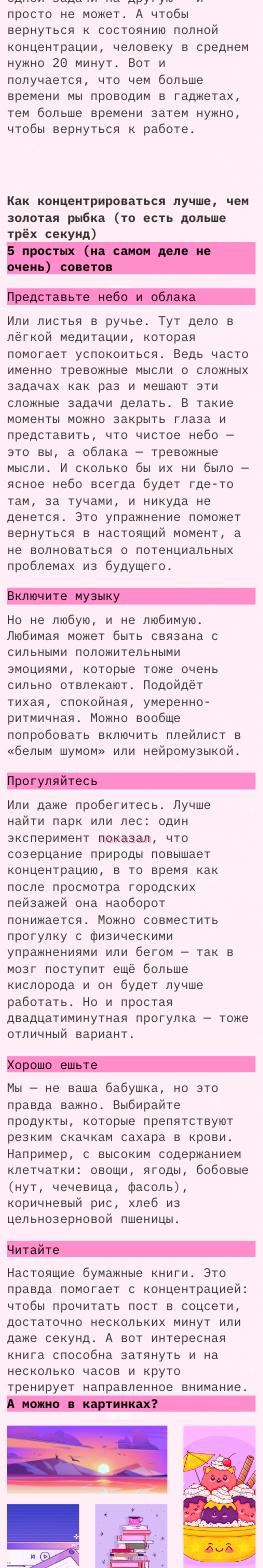
Repository: Hadoooouken/slozhno-sosredotochitsya
Page: index.html
These files come from the project's save history. The page is drawn as it stood at one moment and after the next save; the edit follows.
The browser window is 375 px wide. The pictures show the part of the page from y = 2764 to 5004 px (the page is 6053 px tall before and 6023 px after), at 70% of full size.
Backgrounds fixed to the window are drawn as part of the page.

Above is the page before, as saved 2024-01-24 21:54:39.

### index.html
<!DOCTYPE html>
<html lang="ru">
  <head>
    <meta charset="UTF-8" />
    <meta http-equiv="X-UA-Compatible" content="IE=edge" />
    <meta name="viewport" content="width=device-width, initial-scale=1.0" />
    <meta name="color-scheme" content="dark light" />
    <link rel="icon" href="images/favicon.svg" sizes="any" />
    <link rel="stylesheet" href="fonts/fonts.css" />
    <link rel="stylesheet" href="styles/globals.css" />
    <link rel="stylesheet" href="./styles/variables.css" />
    <link rel="stylesheet" href="scripts/script.js" />
    <link rel="stylesheet" href="./styles/style.css" />
    <link rel="stylesheet" href="./styles/dark.css" />
    <link rel="stylesheet" href="./styles/light.css" />
    <title>Сложно сосредоточиться</title>
  </head>
  <body class="page">
    <header class="header decorated-zone">
      <div class="decoration-element" aria-hidden="true"></div>
      <nav class="header__theme-menu">
        <ul class="header__theme-menu-list">
          <li class="header__theme-menu-item">
            <button
              class="header__theme-menu-button header__theme-menu-button_type_light"
            >
              День
            </button>
          </li>
          <li class="header__theme-menu-item">
            <button
              class="header__theme-menu-button header__theme-menu-button_active header__theme-menu-button_type_auto"
              disabled
            >
              Авто
            </button>
          </li>
          <li class="header__theme-menu-item">
            <button
              class="header__theme-menu-button header__theme-menu-button_type_dark"
            >
              Неон
            </button>
          </li>
        </ul>
      </nav>
      <h1 class="header__title">no focus</h1>
      <div class="header__text title_decor">
        <p>
          Что делать, когда не можешь делать ничего Или&nbsp;почему нам так
          сложно сконцентрироваться, особенно когда очень надо
        </p>
      </div>
    </header>
    <main class="main">
      <section class="section">
        <article class="focus__block">
          <h2 class="section__title">Почему сосредоточиться так сложно</h2>

          <div>
            <h2 class="section__sub-title title_decor">Многозадачность</h2>
            <p class="section__text">
              Особенно сложно сосредоточиться, когда задач много и все они —
              важные. Где же легендарная многозадачность, когда она так нужна
              вам (и всем нанимающим менеджерам этого мира)? А дело в том, что
              её просто не существует. Исследователи
              <a
                class="text__link"
                href="https://dana.org/article/multicosts-of-multitasking/"
                target="_blank"
                >выяснили</a
              >, что мозгу тяжело концентрироваться даже на двух делах
              одновременно. А когда в поле внимания попадает несколько важных
              задач, организм паникует и выделяет кортизол и адреналин —
              «гормоны стресса». Из-за этого мы работаем невнимательно:
              ошибаемся и быстро устаём.
            </p>
            <h2 class="section__sub-title title_decor">Дофамин</h2>
            <p class="section__text">
              С гормонами стресса всё понятно, но дальше — ещё интереснее. В
              нашей невозможности сосредоточиться замешана и полная
              противоположность стрессу — дофамин. Это вещество участвует в
              системе вознаграждения мозга. Причём тут он? Мы часто отвлекаемся
              от важной задачи на что-то более «приятное» для мозгов. Например,
              смотрим лайки в соцсетях. В это время и выделяется дофамин — и мы
              чувствуем удовольствие. Получается замкнутый круг: чем больше
              отвлекаешься, тем больше удовольствия получаешь.
            </p>
          </div>
        </article>
      </section>
      <section class="section">
        <article class="concentration__block">
          <div class="concentration">
            <h2 class="section__title">Что снижает концентрацию внимания?</h2>
          </div>

          <div class="multitasking">
            <h2 class="section__sub-title title_decor">Многозадачность</h2>
            <p class="section__text">
              Как концентрация может снижаться из-за… концентрации? Любая
              стрессовая ситуация (и резко меняющийся мир в целом) заставляет
              наш мозг постоянно «сканировать» окружающую среду на предмет
              опасности. Например, читать новости вместо работы. Но быть
              собранными всё время — невозможно. Концентрация — мышца, и она
              может не выдержать, если не давать ей отдохнуть.
            </p>
          </div>
          <div class="eat">
            <h2 class="section__sub-title title_decor">Еда</h2>
            <p class="section__text">
              «Быстрые углеводы» — сахар, белый хлеб, сладости — молниеносно
              доставляют в мозг энергию и помогают ему лучше работать. Но уходит
              эта энергия также быстро, как и приходит. А мы в результате
              попадаем на «углеводные качели»: как только действие «быстрых
              углеводов» заканчивается, мы чувствуем усталость и сонливость. И
              хотим ещё больше быстрых углеводов.
            </p>
          </div>
          <div class="gadgets">
            <h2 class="section__sub-title title_decor">Гаджеты</h2>
            <p class="section__text">
              Да-да, это та самая ситуация, когда на экране ноутбука — код, в
              наушниках — подкаст, а на компьютере фоном — ещё и видео с
              забавными утятами. В результате мозг пытается переключиться с
              одной задачи на другую — и просто не может. А чтобы вернуться к
              состоянию полной концентрации, человеку в среднем нужно 20 минут.
              Вот и получается, что чем больше времени мы проводим в гаджетах,
              тем больше времени затем нужно, чтобы вернуться к работе.
            </p>
          </div>
        </article>
      </section>
      <section class="section">
        <article class="how__block">
          <h2 class="section__title">
            Как концентрироваться лучше, чем золотая рыбка (то есть дольше трёх
            секунд)
          </h2>
          <div>
            <h2 class="concentration__title title_decor">
              5 простых (на самом деле не очень) советов
            </h2>
            <h2 class="concentration__sub-title title_decor">
              Представьте небо и облака
            </h2>
            <p class="concentration__text">
              Или листья в ручье. Тут дело в лёгкой медитации, которая помогает
              успокоиться. Ведь часто именно тревожные мысли о сложных задачах
              как раз и мешают эти сложные задачи делать. В такие моменты можно
              закрыть глаза и представить, что чистое небо — это вы, а облака —
              тревожные мысли. И сколько бы их ни было — ясное небо всегда будет
              где-то там, за тучами, и никуда не денется. Это упражнение поможет
              вернуться в настоящий момент, а не волноваться о потенциальных
              проблемах из будущего.
            </p>
            <h2 class="concentration__sub-title title_decor">
              Включите музыку
            </h2>
            <p class="concentration__text">
              Но не любую, и не любимую. Любимая может быть связана с сильными
              положительными эмоциями, которые тоже очень сильно отвлекают.
              Подойдёт тихая, спокойная, умеренно-ритмичная. Можно вообще
              попробовать включить плейлист в «белым шумом» или нейромузыкой.
            </p>
            <h2 class="concentration__sub-title title_decor">Прогуляйтесь</h2>
            <p class="concentration__text">
              Или даже пробегитесь. Лучше найти парк или лес: один эксперимент
              <a
                class="text__link"
                href="https://www.sciencedirect.com/science/article/abs/pii/S0272494415000328"
                target="_blank"
                >показал</a
              >, что созерцание природы повышает концентрацию, в то время как
              после просмотра городских пейзажей она наоборот понижается. Можно
              совместить прогулку с физическими упражнениями или бегом — так в
              мозг поступит ещё больше кислорода и он будет лучше работать. Но и
              простая двадцатиминутная прогулка — тоже отличный вариант.
            </p>
            <h2 class="concentration__sub-title title_decor">Хорошо ешьте</h2>
            <p class="concentration__text">
              Мы — не ваша бабушка, но это правда важно. Выбирайте продукты,
              которые препятствуют резким скачкам сахара в крови. Например, с
              высоким содержанием клетчатки: овощи, ягоды, бобовые (нут,
              чечевица, фасоль), коричневый рис, хлеб из цельнозерновой пшеницы.
            </p>
            <h2 class="concentration__sub-title title_decor">Читайте</h2>
            <p class="concentration__text">
              Настоящие бумажные книги. Это правда помогает с концентрацией:
              чтобы прочитать пост в соцсети, достаточно нескольких минут или
              даже секунд. А вот интересная книга способна затянуть и на
              несколько часов и круто тренирует направленное внимание.
            </p>
          </div>
        </article>
      </section>
      <section class="gallery__section section">
        <h2 class="gallery__title section__sub-title title_decor">
          А можно в картинках?
        </h2>
        <ul class="gallery__list">
          <li class="galery__list-item sunset">
            <img
              class="galery__img"
              loading="lazy"
              src="./images/sunset.png"
              alt="закат"
            />
          </li>
          <li class="galery__list-item ice-cream">
            <img
              class="galery__img"
              loading="lazy"
              src="./images/ice-cream.png"
              alt="мороженное"
            />
          </li>
          <li class="galery__list-item tape">
            <img
              class="galery__img"
              loading="lazy"
              src="./images/tape.png"
              alt="кассеты"
            />
          </li>
          <li class="galery__list-item books">
            <img
              class="galery__img"
              loading="lazy"
              src="./images/books.png"
              alt="книги"
            />
          </li>
          <li class="galery__list-item street">
            <img
              class="galery__img"
              loading="lazy"
              src="./images/street.png"
              alt="улица"
            />
          </li>
        </ul>
      </section>
    </main>
    <footer class="footer">
      <div class="decorated-zone"></div>
      <h2 class="footer__title">focus</h2>
    </footer>

    <script src="./scripts/script.js"></script>
  </body>
</html>

### styles/variables.css
:root {
  /*
  Переменные для вашего проекта
  и их переопределение под различные устройства
*/

  ---button-color: #ff0070;
  --decoration-element: #ff0070;
  --background-image: url(/images/cover-image-dark.png);
  --hover-color: rgb(255 0 112 / 0.4);
  --main-font: "IBM Plex mono" sans-serif;
  --focus-color: #ff0070;
  --main-title: #DB00FF;
  --sub-title-color: #000028;
  --backgroundg-sub-title: #FF0070;
  --title-color: #ff0070;
  --text-color: #f1b2ce;
  --bg-color: #000028;
  --link-color: #ff0070;
  --link-status:#F1B2CE;
  --shadow-color:#ff0070;


}

### scripts/script.js
const themeButtons = document.querySelectorAll('.header__theme-menu-button');

themeButtons.forEach((button) => {
  button.addEventListener('click', () => {
    themeButtons.forEach((btn) => {
      btn.classList.remove('header__theme-menu-button_active');
      btn.removeAttribute('disabled');
    });
    if (
      [...button.classList].includes('header__theme-menu-button_type_light')
    ) {
      changeTheme('light');
    } else if (
      [...button.classList].includes('header__theme-menu-button_type_dark')
    ) {
      changeTheme('dark');
    } else {
      changeTheme('auto');
    }
    button.classList.add('header__theme-menu-button_active');
    button.setAttribute('disabled', true);
  });
});

function changeTheme(theme) {
  document.body.className = 'page';
  document.body.classList.add(`theme_${theme}`);
  localStorage.setItem('theme', theme);
}

function initTheme() {
  const theme = localStorage.getItem('theme');
  if (theme) {
    changeTheme(theme);
    themeButtons.forEach((btn) => {
      btn.classList.remove('header__theme-menu-button_active');
      btn.removeAttribute('disabled');
    });
    document
      .querySelector(`.header__theme-menu-button_type_${theme}`)
      .classList.add('header__theme-menu-button_active');
    document
      .querySelector(`.header__theme-menu-button_type_${theme}`)
      .setAttribute('disabled', true);
  }
}

initTheme();

### styles/style.css
/* Основные стили проекта. Это стили для темы, которую вы верстаете первой. */

.page {
  /* сохраните в разметке и стилях класс page. На его основе работает скрипт. */

  background-color: var(--bg-color);
  background-image: var(--background-image);
  background-attachment: fixed;
  background-position: center;
  background-size: cover;
  font-family: "IBM Plex mono";
  font-size: 18px;
}
.section {
  padding: 0px 20px;
}

.header {
  position: relative;
  block-size: 100vh;
  min-block-size: 375px;
  padding: 20px;
  display: grid;
  grid-template-rows: 1fr min-content 1fr;
  justify-items: start;
}

.decorated-zone::before {
  content: "";
  position: absolute;
  border-block-start: 1px solid var(--decoration-element);
  border-inline-end: 1px solid var(--decoration-element);
  right: 20px;
  top: 20px;
  width: 25px;
  height: 25px;
}

.decorated-zone::after {
  content: "";
  position: absolute;
  border-block-end: 1px solid var(--decoration-element);
  border-inline-start: 1px solid var(--decoration-element);
  left: 20px;
  bottom: 20px;
  width: 25px;
  height: 25px;
}
.decoration-element {
  position: absolute;
  right: 48px;
  top: 21px;
}

.decoration-element::before {
  content: "REC";
  color: var(--decoration-element);
  font-family: inherit;
  display: inline-block;
}

.decoration-element::after {
  content: "";
  background-color: var(--decoration-element);
  width: 9px;
  height: 9px;
  border-radius: 50%;
  display: inline-block;
  box-shadow: 0px 0px 4px 2px var(--decoration-element);
  top: 6px;
  left: 42px;
  position: absolute;
}

.header__title {
  font-family: var(--main-font);
  font-size: clamp(7.5rem, 0.5625rem + 14.4531vw, 9.8125rem);
  color: var(--main-title);
  line-height: 82.5%;
  text-shadow: 4px 4px 0 var(--shadow-color);
  margin-inline-start: -20px;
}

.header__theme-menu {
  justify-self: center;
}

.header__text {
  font-size: 18px;
  justify-self: end;
  max-width: 491px;
  align-self: center;
  font-weight: 700;
  color: var(--sub-title-color);
  line-height: 23.4px;
}

.title_decor {
  background-color: var(--backgroundg-sub-title);
}

.header__theme-menu-list {
  display: flex;
  justify-content: center;
  gap: 10px;
}

.header__theme-menu-button {
  background-color: transparent;
  color: var(--button-color);
  border: none;
  text-transform: lowercase;
  line-height: 18px;
  padding: 2px 13px;
  cursor: pointer;
}

.header__theme-menu-button:focus {
  outline: none;
}

.header__theme-menu-button:focus-visible {
  text-decoration: underline;
  outline: none;
  color: var(--focus-color);
}

.header__theme-menu-button:hover {
  outline: 1px solid var(--hover-color);
}

.header__theme-menu-button_active {
  pointer-events: none;
  outline: 1px solid var(--button-color);
}

.main {
  padding-top: 60px;
}

.focus__block {
  display: grid;
  grid-template-columns: 1fr 2fr;
  gap: 10px;
}

.section__title {
  font-weight: 700;
  color: var(--title-color);
  font-size: inherit;
  line-height: 23.4px;
}

.section__sub-title {
  font-size: inherit;
  line-height: 23.4px;
  margin-block-end: 10px;
  font-weight: 700;
}

.section__text {
  font-size: inherit;
  line-height: 23.4px;
  color: var(--text-color);
  font-weight: 400;
  margin-block-end: 20px;
}
.section__text:last-child {
  margin-block-end: 0px;
}

.text__link {
  text-decoration: none;
  cursor: pointer;
  text-shadow: 2px 2px 0 var(--link-color);
}

.text__link:hover {
  border-bottom: 1px solid var(--link-status);
}

.text__link:focus {
  outline: none;
}

.text__link:focus-visible {
  outline: 1px solid var(--link-status);
  outline-offset: 0px;
}

.concentration__block {
  padding-top: 80px;
  display: grid;
  grid-template-columns: repeat(3, 1fr);
  grid-template-rows: repeat(2, min-content);
  grid-column-gap: 20px;
  grid-row-gap: 20px;
  grid-template-areas:
    "concentration . ."
    "multitasking eat gadgets";
}

.concentration {
  grid-area: concentration;
}

.multitasking {
  grid-area: multitasking;
}
.eat {
  grid-area: eat;
}

.gadgets {
  grid-area: gadgets;
}

.how__block {
  padding-top: 80px;
  display: grid;
  grid-template-columns: 1fr 2fr;
  grid-column-gap: 10px;
}

.concentration__title {
  font-size: inherit;
  line-height: 23.4px;
  margin-block-end: 20px;
  font-weight: 700;
}

.concentration__sub-title {
  font-weight: 400;
  font-size: inherit;
  line-height: 23.4px;
  margin-block-end: 10px;
}

.concentration__text {
  font-size: inherit;
  line-height: 23.4px;
  color: var(--text-color);
  font-weight: 400;
  margin-block-end: 20px;
}

.concentration__text:last-child {
  margin-block-end: 0px;
}

.gallery__section {
  padding-top: 80px;
}

.gallery__list {
  margin-block-start: 20px;
  margin-block-end: 60px;
  display: grid;
  grid-template-columns: repeat(3, 1fr);
  grid-template-rows: 260px 315px 428px;
  grid-column-gap: 20px;
  grid-row-gap: 22px;
  grid-template-areas:
    "sunset sunset ice-cream"
    "tape books ice-cream"
    "tape street street";
}

.galery__img {
  block-size: 100%;
  object-fit: cover;
  object-position: center;
  inline-size: 100%;
}

.sunset {
  grid-area: sunset;
}
.ice-cream {
  grid-area: ice-cream;
}
.tape {
  grid-area: tape;
}
.books {
  grid-area: books;
}
.street {
  grid-area: street;
}

.footer {
  display: flex;
  justify-content: center;
  align-items: center;
  block-size: 100vh;
  min-block-size: 375px;
  padding: 20px;
  position: relative;
}

.footer__title {
  font-family: var(--main-font);
  font-size: clamp(7.5rem, 0.5625rem + 14.4531vw, 9.8125rem);
  color: var(--main-title);
  line-height: 82.5%;
  text-shadow: 2px 2px 0px var(--shadow-color);
}

@media (max-width: 768px) {
  .header__theme-menu-list {
    display: flex;
    flex-direction: column;
  }
  .header__theme-menu {
    justify-self: end;
    align-self: center;
    display: block;
  }
  .header__theme-menu-button {
    padding: 4px 13px;
  }
  .header__text {
    max-width: 364px;
    justify-items: center; /*хз что тут*/
  }
  .focus__block {
    gap: 20px;
  }
  .section__title {
    max-width: 236px;
  }
  .concentration__block {
    grid-template-columns: none;

    grid-template-areas:
      "concentration"
      "multitasking"
      "eat"
      "gadgets";
  }
  .how__block {
    grid-column-gap: 20px;
  }
  .gallery__list {
    grid-template-rows: auto;
    grid-row-gap: 15px;
    grid-column-gap: 23px;
  }
}

@media (max-width: 375px) {
  .header {
    padding: 10px;
  }

  .decorated-zone::before {
    right: 11px;
    top: 11px;
  }
  .section {
    padding: 0 10px;
  }

  .decorated-zone::after {
    left: 11px;
    bottom: 11px;
  }

  .decoration-element {
    right: 38px;
    top: 12px;
  }

  .header__title {
    margin: 0;
  }
  .header__theme-menu-button {
    padding: 4px 18px;
  }

  .header__theme-menu-button:hover {
    outline-offset: -1px;
  }

  .header__theme-menu-button_active {
    outline-offset: -1px;
  }

  .header__text {
    max-width: 355px;
    justify-items: start; /*хз что тут*/
  }
  .main {
    padding-top: 40px;
  }
  .focus__block {
    display: grid;
    grid-template-rows: 1fr;
    grid-template-columns: 355px;
  }
  .section__title {
    max-width: 355px;
  }

  .concentration__block {
    padding-top: 50px
  }

  .how__block {
   display: block;
   padding-top: 80p
  }
}

### styles/dark.css
/*
  Специально для тёмной темы при наличии класса,
  здесь окажутся стили, которые нужно переопределить принудительно,
  переключая тему
*/

.page.theme_dark {
  /* сохраните этот селектор в приведённом виде.
    Так стили написанные ниже будут иметь больший вес,
    чем стили в медиазапросе предпочтений пользователя
  */
  --button-color: #ff0070;
  --decoration-element: #ff0070;
  --background-image: url(/images/cover-image-dark.png);
  --hover-color: rgb(255 0 112 / 0.4);
  --main-font: "IBM Plex mono" sans-serif;
  --focus-color: #ff0070;
  --main-title: #DB00FF;
  --sub-title-color: #000028;
  --backgroundg-sub-title: #FF0070;
  --title-color: #ff0070;
  --text-color: #f1b2ce;
  --bg-color: #000028;
  --link-color: #ff0070;
  --link-status:#F1B2CE;
  --shadow-color:#ff0070;

}

### styles/light.css
/*
  Специально для светлой темы при наличии класса.
  Здесь окажутся стили, которые нужно переопределить принудительно,
  переключая тему
*/

.page.theme_light {
  /* сохраните этот селектор в приведённом виде.
    Так стили написанные ниже будут иметь больший вес,
    чем стили в медиазапросе предпочтений пользователя
  */
  --button-color: #353430;
  --decoration-element: #353430;
  --background-image: url(/images/cover-image-light.png);
  --hover-color: rgb(50 49 45 / 0.4);
  --main-font: "IBM Plex mono" sans-serif;
  --focus-color: #353430;
  --main-title: #ffc2e6;
  --sub-title-color: #353430;
  --backgroundg-sub-title: #ff8dcb;
  --title-color: #353430;
  --text-color: #353430;
  --bg-color: #fff1f7;
  --link-color: #ff8dcb;
  --link-status: #353430;
  --shadow-color: #ff0070;
}

@media (prefers-color-scheme: light) {
  :root {
    --button-color: #353430;
    --decoration-element: #353430;
    --background-image: url(/images/cover-image-light.png);
    --hover-color: rgb(50 49 45 / 0.4);
    --main-font: "IBM Plex mono" sans-serif;
    --focus-color: #353430;
    --main-title: #ffc2e6;
    --sub-title-color: #353430;
    --backgroundg-sub-title: #ff8dcb;
    --title-color: #353430;
    --text-color: #353430;
    --bg-color: #fff1f7;
    --link-color: #ff8dcb;
    --link-status: #353430;
    --shadow-color: #ff0070;
  }
  .theme_light .decoration-element {
    display: none;
  }
}

.theme_auto .decoration-element {
  display: none;
}

Loaded but not shown: fonts/fonts.css (common file); styles/globals.css (common file)

After the next save:
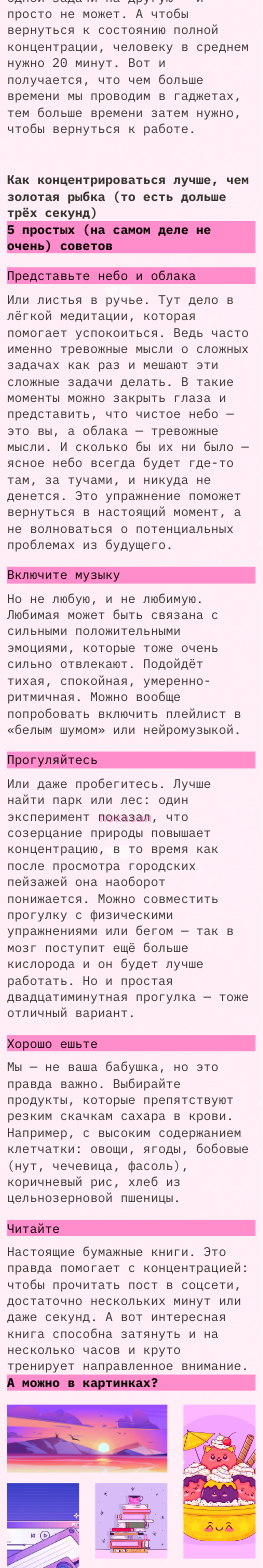
Saved 4 s later.
--- a/styles/style.css
+++ b/styles/style.css
@@ -409,6 +409,6 @@
 
   .how__block {
    display: block;
-   padding-top: 80p
-  }
-}
+   padding-top: 50px;
+  }
+}
